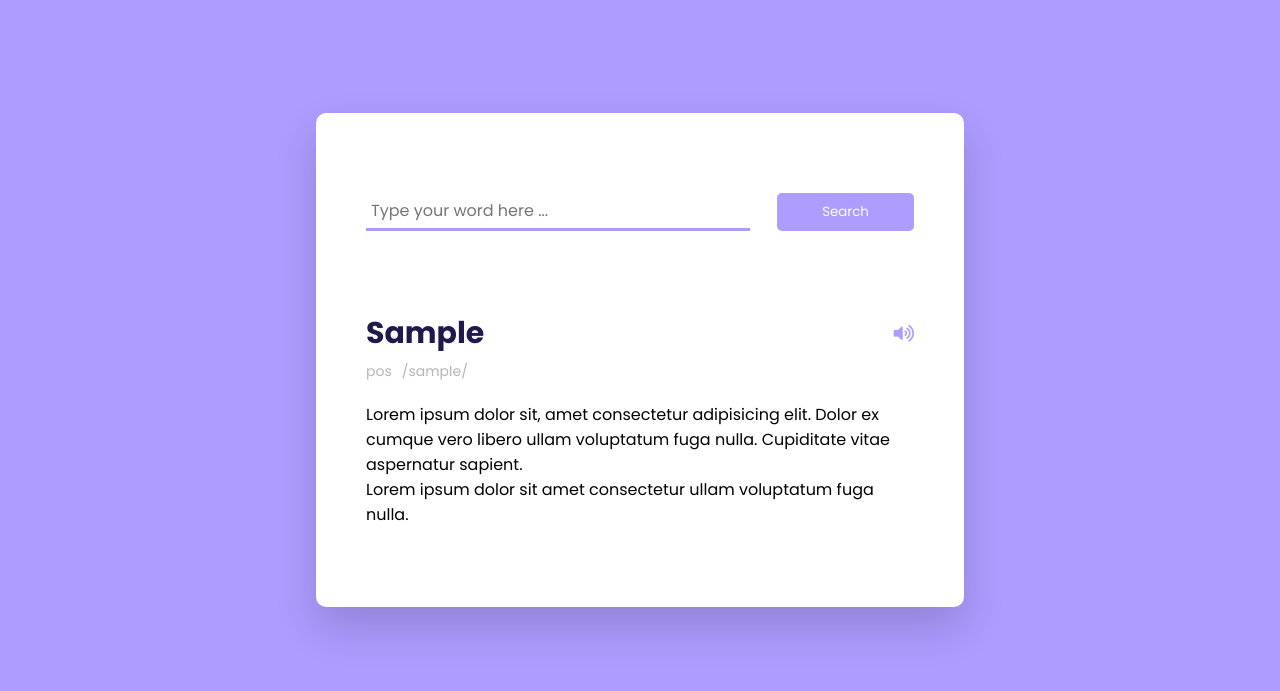
Repository: MohamedMostafaTaha/Translation_app
Page: index.html
These files come from the project's save history. The page is drawn as it stood at one moment and after the next save; the edit follows.
The browser window is 1280 px wide. The pictures show the whole page.

Above is the page before, as saved 2023-09-16 18:28:33.

After the next save:
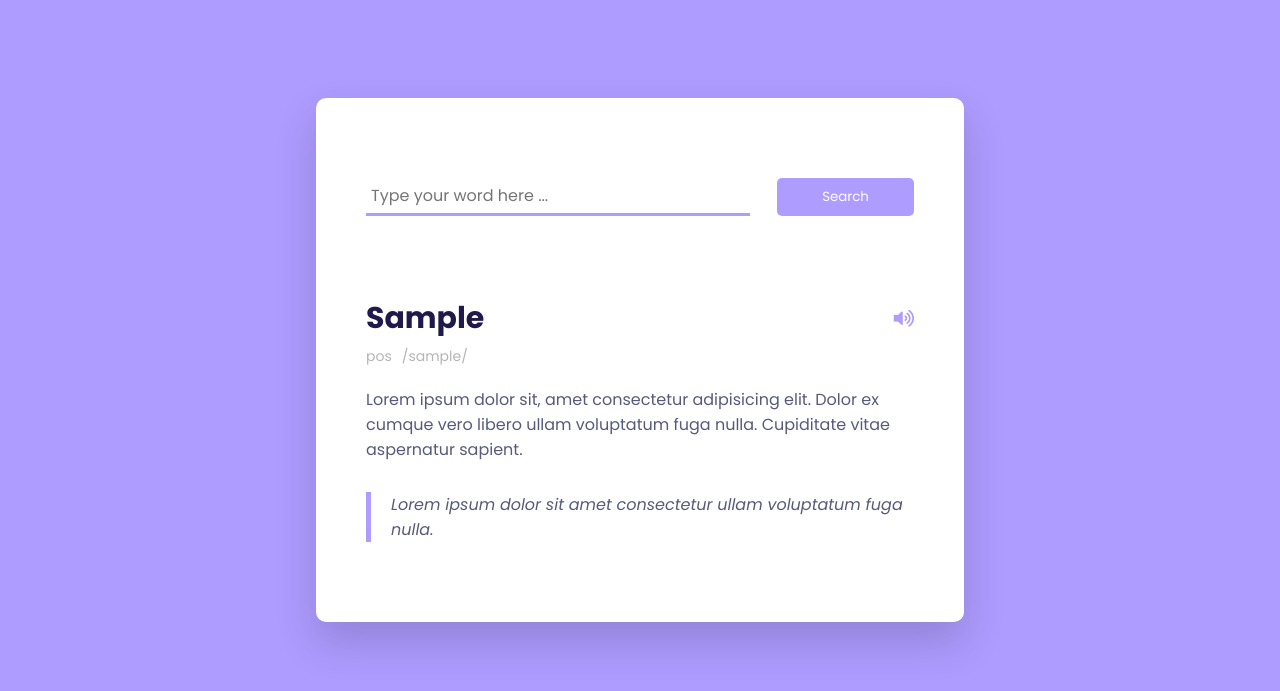
Saved 119 s later.
--- a/style.css
+++ b/style.css
@@ -79,3 +79,15 @@ body {
   margin: 5px 0 20px 0;
   font-size: 14px;
 }
+
+.word-meaning {
+  color: #575a7b;
+}
+
+.word-example {
+  color: #575a7b;
+  font-style: italic;
+  border-left: 5px solid #ae9cff;
+  padding-left: 20px;
+  margin-top: 30px;
+}
